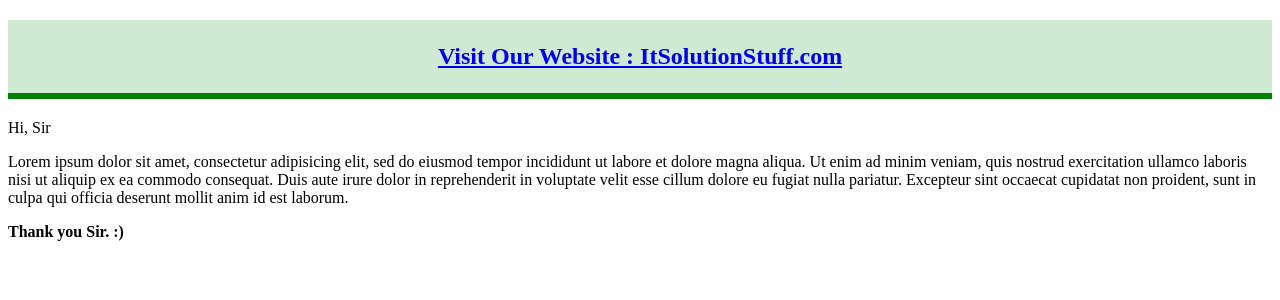
Repository: sankettank/cruddemo
Page: crud/resources/views/queue_email.blade.php
The author's editor kept a copy of each file at every save. The page is drawn from the files as they stood at one save, then again after the next save.
The browser window is 1280 px wide. The pictures show the whole page.
The page is served by the project's Laravel application, run on PHP 8.4 with Laravel 8. Other server files are loaded and not shown. The template is opened directly, without the code that normally fills it, so the values that code supplies are empty.

Above is the page before, as saved 2020-08-07 13:29:14.

### crud/routes/web.php
<?php

use Illuminate\Support\Facades\Route;

/*
|--------------------------------------------------------------------------
| Web Routes
|--------------------------------------------------------------------------
|
| Here is where you can register web routes for your application. These
| routes are loaded by the RouteServiceProvider within a group which
| contains the "web" middleware group. Now create something great!
|
*/

Route::get('/', function () {
    return view('welcome');
});

Auth::routes();

//Route::resource('ajaxproducts','ProductAjaxController');

Route::delete('/user/{user}', 'UserController@destroy');

Route::get('/user/{user}/edit', 'UserController@edit');

Route::post('/user', 'UserController@store');

Route::get('/mutator', 'UserController@mutator');

Route::get('/user', 'UserController@index')->name('user');

Route::get('/home', 'HomeController@index')->name('home');


Route::get('/email', 'MailController@index');

Route::post('/email/send', 'MailController@send');

Route::get('email-test', function(){
	$details['email'] = 'sanket@logisticinfotech.co.in';
    dispatch(new App\Jobs\QueueEmailJob($details));
   // dd('done');
});

### crud/app/User.php
<?php

namespace App;
use Carbon\Carbon;

use Illuminate\Contracts\Auth\MustVerifyEmail;
use Illuminate\Foundation\Auth\User as Authenticatable;
use Illuminate\Notifications\Notifiable;

use Illuminate\Database\Eloquent\Model;

class User extends Authenticatable
{
    use Notifiable;

    /**
     * The attributes that are mass assignable.
     *
     * @var array
     */
    protected $fillable = [
        'name', 'email', 'password',
    ];

    /**
     * The attributes that should be hidden for arrays.
     *
     * @var array
     */
    protected $hidden = [
        'password', 'remember_token',
    ];

    /**
     * The attributes that should be cast to native types.
     *
     * @var array
     */
    protected $casts = [
        'email_verified_at' => 'datetime',
    ];

    public function getFullNameAttribute($value)
    {
        return ucfirst($value);
    }

    public function setFullNameAttribute($value)
    {
        return strtolower($value);
    }

    public function setFullNameAttributefull($fname ,$lname)
    {
        return ucfirst($fname .' '.$lname);
    }

    public function addSubsriptionDays($days)
    {
        $now = Carbon::now();
        return $now->copy()->addDays($days);
    }





}

### crud/app/Observers/UserObserver.php
<?php

namespace App\Observers;

use App\User;

use App\Mail\DemoEmail;
use Illuminate\Support\Facades\Mail;
use Illuminate\Http\Request;

class UserObserver
{
    /**
     * Handle the user "created" event.
     *
     * @param  \App\User  $user
     * @return void
     */
    public function created(User $user)
    {
        $data = array(
            'name' => $user->name,
            'email' => $user->email,
            'detail' => '',
            'subject' => 'Created User',
        );

        Mail::to('sanket@logisticinfotech.co.in')->send(new DemoEmail($data));
    }

    /**
     * Handle the user "updated" event.
     *
     * @param  \App\User  $user
     * @return void
     */
    public function updated(User $user)
    {
        $data = array(
            'name' => $user->name,
            'email' => $user->email,
            'detail' => '',
            'subject' => 'Updated User',
        );

        Mail::to('sanket@logisticinfotech.co.in')->send(new DemoEmail($data));
    }

    /**
     * Handle the user "deleted" event.
     *
     * @param  \App\User  $user
     * @return void
     */
    public function deleted(User $user)
    {
        $data = array(
            'name' => $user->name,
            'email' => $user->email,
            'detail' => '',
            'subject' => 'Delete User',
        );

        Mail::to('sanket@logisticinfotech.co.in')->send(new DemoEmail($data));
}

    /**
     * Handle the user "restored" event.
     *
     * @param  \App\User  $user
     * @return void
     */
    public function restored(User $user)
    {
        //
    }

    /**
     * Handle the user "force deleted" event.
     *
     * @param  \App\User  $user
     * @return void
     */
    public function forceDeleted(User $user)
    {
        //
    }

    public function creating(User $user){
        $user->name = ucfirst($user->name);
    }
}

### crud/resources/views/queue_email.blade.php
<!DOCTYPE html>

<html>

<head><title>Queue Email</title></head>

<body>

<center>

<h2 style="padding: 23px;background: #b3deb8a1;border-bottom: 6px green solid;">

	<a href="#">Visit Our Website : ItSolutionStuff.com</a>

</h2>

</center>

<p>Hi, Sir</p>

<p>Lorem ipsum dolor sit amet, consectetur adipisicing elit, sed do eiusmod

tempor incididunt ut labore et dolore magna aliqua. Ut enim ad minim veniam,

quis nostrud exercitation ullamco laboris nisi ut aliquip ex ea commodo

consequat. Duis aute irure dolor in reprehenderit in voluptate velit esse

cillum dolore eu fugiat nulla pariatur. Excepteur sint occaecat cupidatat non

proident, sunt in culpa qui officia deserunt mollit anim id est laborum.</p>

<strong>Thank you Sir. :)</strong>

</body>

</html>

Loaded but not shown: crud/app/Http/Controllers/Auth/LoginController.php (common file); crud/app/Http/Controllers/Controller.php (common file); crud/app/Http/Controllers/Auth/ConfirmPasswordController.php (common file)

After the next save:
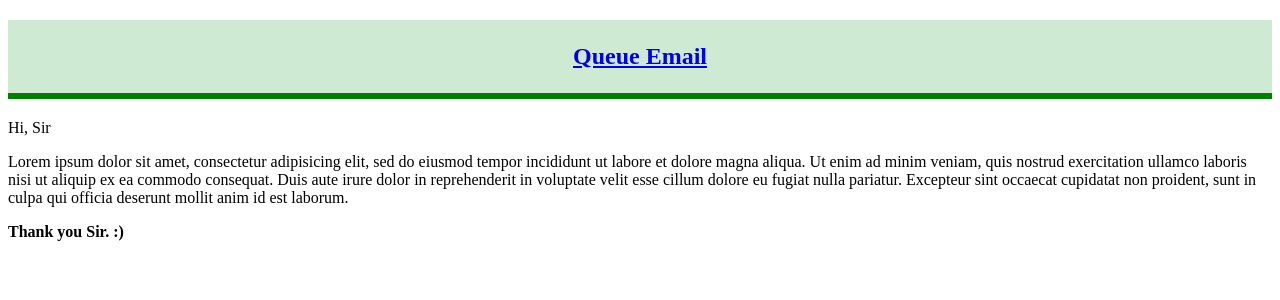
Saved 9 s later.
--- a/crud/resources/views/queue_email.blade.php
+++ b/crud/resources/views/queue_email.blade.php
@@ -10,7 +10,7 @@
 
 <h2 style="padding: 23px;background: #b3deb8a1;border-bottom: 6px green solid;">
 
-	<a href="#">Visit Our Website : ItSolutionStuff.com</a>
+	<a href="#">Queue Email</a>
 
 </h2>
 
